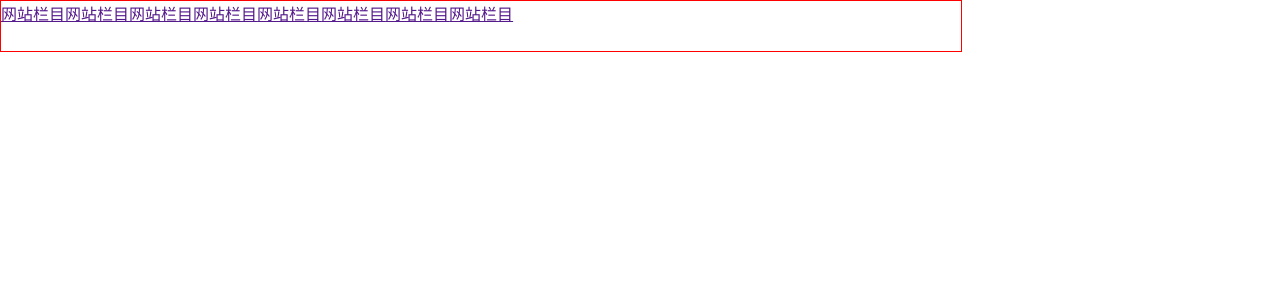
Repository: KaibutsuSama/CodePracticeExample
Page: Html5+Css3/Css3/03.样式表和选择器/01.超链接.html
An editor plug-in stored every save of this project. The page is shown before and after the next save, followed by the edit.
The browser window is 1280 px wide. The pictures show the whole page.

Above is the page before, as saved 2023-01-29 22:21:07.

### Html5+Css3/Css3/03.样式表和选择器/01.超链接.html
<!DOCTYPE html>
<html lang="en">
<head>
    <meta charset="UTF-8">
    <meta http-equiv="X-UA-Compatible" content="IE=edge">
    <meta name="viewport" content="width=device-width, initial-scale=1.0">
    <title>Document</title>
    <link rel="stylesheet" type="text/css" href="style.css">
</head>
<body>
    <div class="nav">
        <ul>
            <li><a href="">网站栏目</a></li>
            <li><a href="">网站栏目</a></li>
            <li><a href="">网站栏目</a></li>
            <li><a href="">网站栏目</a></li>
            <li><a href="">网站栏目</a></li>
            <li><a href="">网站栏目</a></li>
            <li><a href="">网站栏目</a></li>
            <li><a href="">网站栏目</a></li>
        </ul>
    </div>
</body>
</html>

### Html5+Css3/Css3/03.样式表和选择器/style.css
*{
    padding: 0;
    margin: 0;
}

.nav{
    width: 960px;
    height: 50px;
    border: 1px solid red;
    margin-top: ;
}

.nav ul{
    list-style: none;
}

.nav ul li{
    float: left;
}

After the next save:
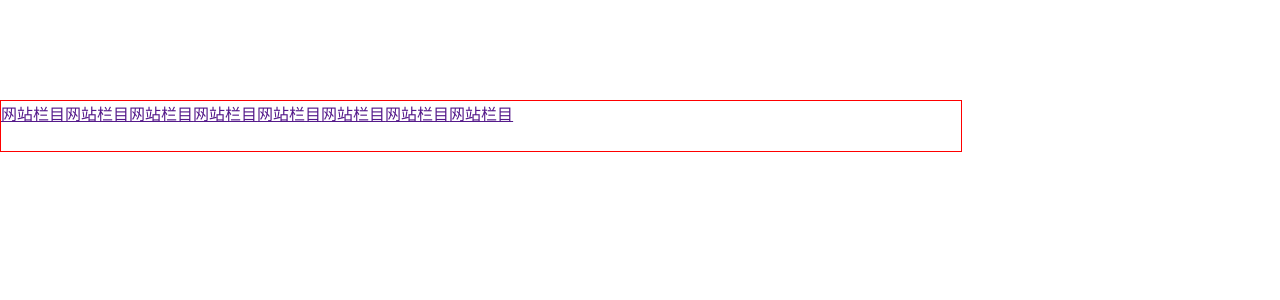
Saved 4 s later.
--- a/Html5+Css3/Css3/03.样式表和选择器/style.css
+++ b/Html5+Css3/Css3/03.样式表和选择器/style.css
@@ -7,7 +7,8 @@
     width: 960px;
     height: 50px;
     border: 1px solid red;
-    margin-top: ;
+    margin-top: 100px;
+    mar
 }
 
 .nav ul{

After the 2 saves that followed:
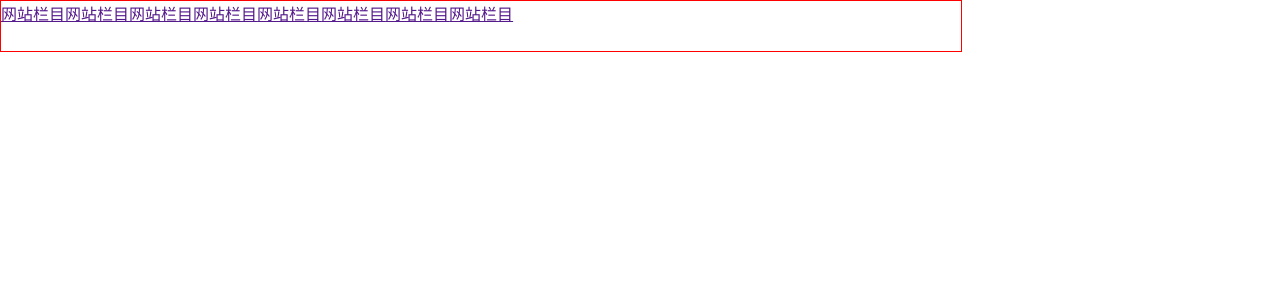
The 2 saves are shown as one change because 1 left the picture as it was.
The last was saved 10 s later.
--- a/Html5+Css3/Css3/03.样式表和选择器/style.css
+++ b/Html5+Css3/Css3/03.样式表和选择器/style.css
@@ -7,8 +7,8 @@
     width: 960px;
     height: 50px;
     border: 1px solid red;
-    margin-top: 100px;
-    mar
+    margin-top: 100px auto;
+
 }
 
 .nav ul{
